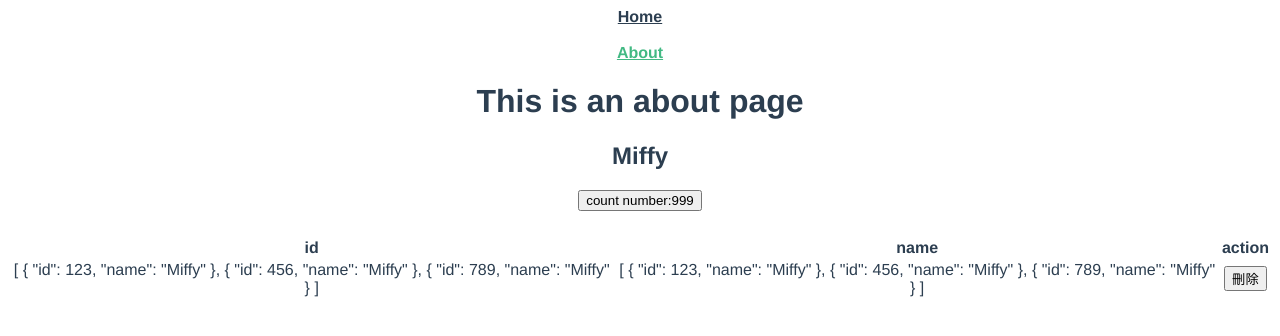
Repository: HaoMiffy/vue3-compisition-Typescript-pinia
Page: /about
An editor plug-in stored every save of this project. The page is shown before and after the next save, followed by the edit.
The browser window is 1280 px wide. The pictures show the whole page.
The project was rebuilt for these pictures with package versions that can differ from the ones it lists, and the page was loaded fresh each time. Also part of the build but not shown: vue.config.js, src/components/HelloWorld.vue, src/views/HomeView.vue.

Above is the page before, as saved 2022-12-12 11:40:54.

### src/main.ts
import { createApp } from 'vue'
import App from './App.vue'
import router from './router'
import { createPinia } from 'pinia'

createApp(App).use(createPinia()).use(router).mount('#app')

### src/App.vue
<template>
<navbar></navbar>
<RouterView></RouterView>
</template>


<script lang="ts" setup>
import navbar from './components/navbar.vue'
</script>

<style>
#app {
  font-family: Avenir, Helvetica, Arial, sans-serif;
  -webkit-font-smoothing: antialiased;
  -moz-osx-font-smoothing: grayscale;
  text-align: center;
  color: #2c3e50;
}

.nav {
  padding: 30px;
  text-align: left;
}



nav a {
  font-weight: bold;
  color: #2c3e50;
}

nav a.router-link-exact-active {
  color: #42b983;
}
</style>

### src/components/navbar.vue
<!-- eslint-disable vue/multi-word-component-names -->
<template>
    <nav class="navbar navbar-default">
        <div class="container-fluid">
            <div class="navbar-header">
                <router-link to="/" class="item">Home</router-link>
            </div>
            <br />
            <div>
                <router-link to="/about" class="item">About</router-link>
            </div>
        </div>
    </nav>
</template>

### src/views/AboutView.vue
<template>
  <div class="about">
    <h1>This is an about page</h1>
    <h2>{{ max }}</h2>
    <button @click="click()">count number:{{ counter.count }}</button>
    <div class="table">
      <table>
        <thead>
          <tr>
            <th>id</th>
            <th>name</th>
            <th>action</th>
          </tr>
        </thead>
        <tbody>
          <tr v-for="(item, index) in data"  :key="index">
            <td>
              {{item}}
            </td>
            <td>
              {{item}}
            </td>
            <td>
              <button @click="remove(index)">刪除</button>
            </td>
          </tr>
        </tbody>
      </table>
    </div>
  </div>
</template>

<script lang="ts" setup>
import { ref, reactive } from 'vue'
import { PublicStore } from '@/store/index'
const store = PublicStore()

const max = ref("Miffy")
const counter = reactive({ count: 999 })


const data = reactive([
store.$state.data
])

function click() {
  counter.count++
}

function remove(index: number) {
  data.splice(index, 1);
  console.log(data)
}



</script>

<style>
.table {
  margin-top: 25px;
  display: flex;
  justify-content: center;
  align-items: center;
}
</style>

### src/store/index.ts
import { defineStore } from 'pinia'
export const PublicStore = defineStore('Public', { // Public项目唯一id
  state: () => {
    return {
      data: [
        {
          id: 123,
          name: "Miffy"
        },
        {
          id: 456,
          name: "Miffy"
        },
        {
          id: 789,
          name: "Miffy"
        }
      ]
    }
  },
  getters: {

  },
  // other options...
})

Loaded but not shown: src/router/index.ts (common file)

After the next save:
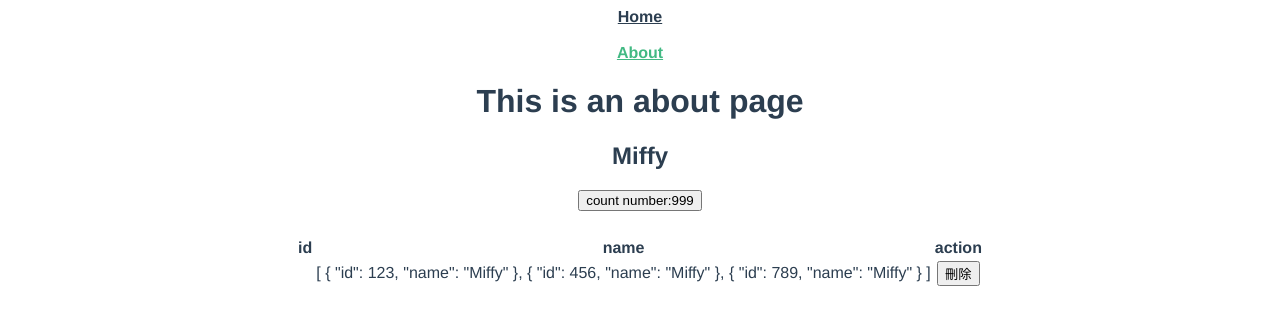
Saved 2 min 10 s later.
--- a/src/views/AboutView.vue
+++ b/src/views/AboutView.vue
@@ -15,7 +15,7 @@
         <tbody>
           <tr v-for="(item, index) in data"  :key="index">
             <td>
-              {{item}}
+              {{item.id}}
             </td>
             <td>
               {{item}}
